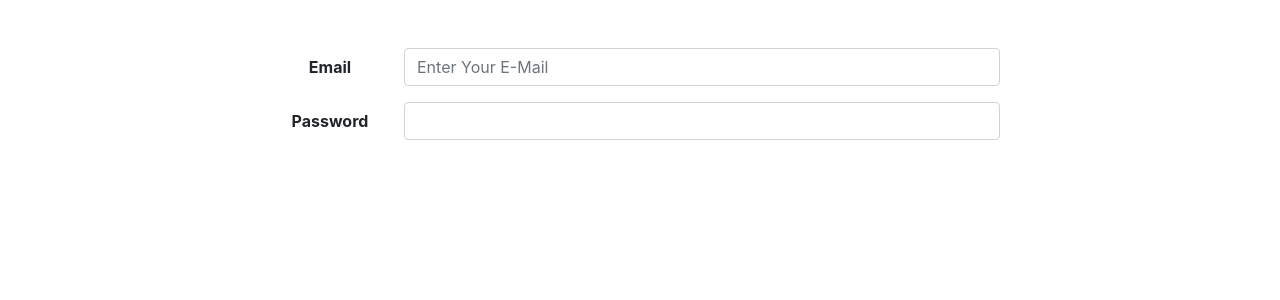
Repository: mariamkhaledsapra/E-Commerce-main
Page: /login
These files come from the project's save history. The page is drawn as it stood at one moment and after the next save; the edit follows.
The browser window is 1280 px wide. The pictures show the whole page.
The project was rebuilt for these pictures with package versions that can differ from the ones it lists, and the page was loaded fresh each time. Also part of the build but not shown: src/components/Navbar.jsx.

Above is the page before, as saved 2024-02-13 21:32:48.

### public/index.html
<!DOCTYPE html>
<html lang="en">
  <head>
    <meta charset="utf-8" />
    <link rel="icon" href="%PUBLIC_URL%/favicon.ico" />
    <meta name="viewport" content="width=device-width, initial-scale=1" />
    <meta name="theme-color" content="#000000" />
    <meta
      name="description"
      content="Web site created using create-react-app"
    />
    <link href="https://cdn.jsdelivr.net/npm/bootstrap@5.1.3/dist/css/bootstrap.min.css" rel="stylesheet" integrity="sha384-1BmE4kWBq78iYhFldvKuhfTAU6auU8tT94WrHftjDbrCEXSU1oBoqyl2QvZ6jIW3" crossorigin="anonymous">

    <title>React App</title>
  </head>
  <body>
    <div id="root"></div>
  </body>
</html>

### src/index.js
import React from "react";
import ReactDOM from "react-dom/client";
import "./index.css";
import App from "./App";
import reportWebVitals from "./reportWebVitals";
import { createBrowserRouter, RouterProvider } from "react-router-dom";
import Login from "./components/Login";
import Navbar from "./components/Navbar";

const Routes = createBrowserRouter([
  {
    path: "/",
    element: <App />,
    children: [
      {
        index:true,
        element: <Navbar />,
      },
      {
        path: "/login",
        element: <Login />,
      },
    ],
  },
]);

const root = ReactDOM.createRoot(document.getElementById("root"));
root.render(
  <RouterProvider router={Routes}>
    <App />
  </RouterProvider>
);

reportWebVitals();

### src/App.js
import logo from './logo.svg';
import './App.css';
import Navbar from './components/Navbar';
import { Outlet } from 'react-router-dom';

function App() {
  return (
    <div className="App">
      <Outlet/>
    </div>
  );
}

export default App;

### src/components/Login.jsx
import React from "react";

const Login = () => {
  return (
    <div className="container d-flex justify-content-center flex-wrap mt-5">
      {" "}
      <div className="mb-3 row col-8">
        <label for="staticEmail" className="col-sm-2 col-form-label fw-bolder">
          Email
        </label>
        <div className="col-sm-10">
          <input type="email" className="form-control" placeholder="Enter Your E-Mail" />
        </div>
      </div>
      <div className="mb-3 row col-8">
        <label
          for="inputPassword"
          className="col-sm-2 col-form-label fw-bolder"
        >
          Password
        </label>
        <div className="col-sm-10">
          <input type="password" className="form-control" id="inputPassword" />
        </div>
      </div>
    </div>
  );
};

export default Login;

Loaded but not shown: src/index.css (common file); src/reportWebVitals.js (common file); src/App.css (common file)

After the next save:
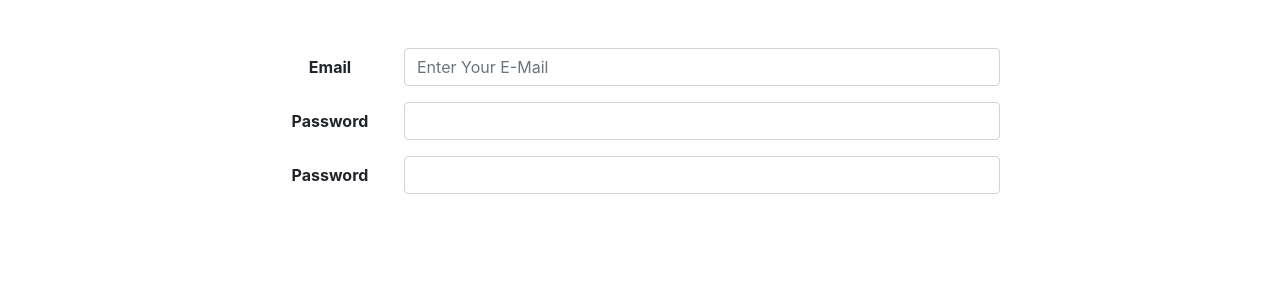
Saved 16 s later.
--- a/src/components/Login.jsx
+++ b/src/components/Login.jsx
@@ -23,6 +23,17 @@ const Login = () => {
           <input type="password" className="form-control" id="inputPassword" />
         </div>
       </div>
+      <div className="mb-3 row col-8">
+        <label
+          for="inputPassword"
+          className="col-sm-2 col-form-label fw-bolder"
+        >
+          Password
+        </label>
+        <div className="col-sm-10">
+          <input type="password" className="form-control" id="inputPassword" />
+        </div>
+      </div>
     </div>
   );
 };
